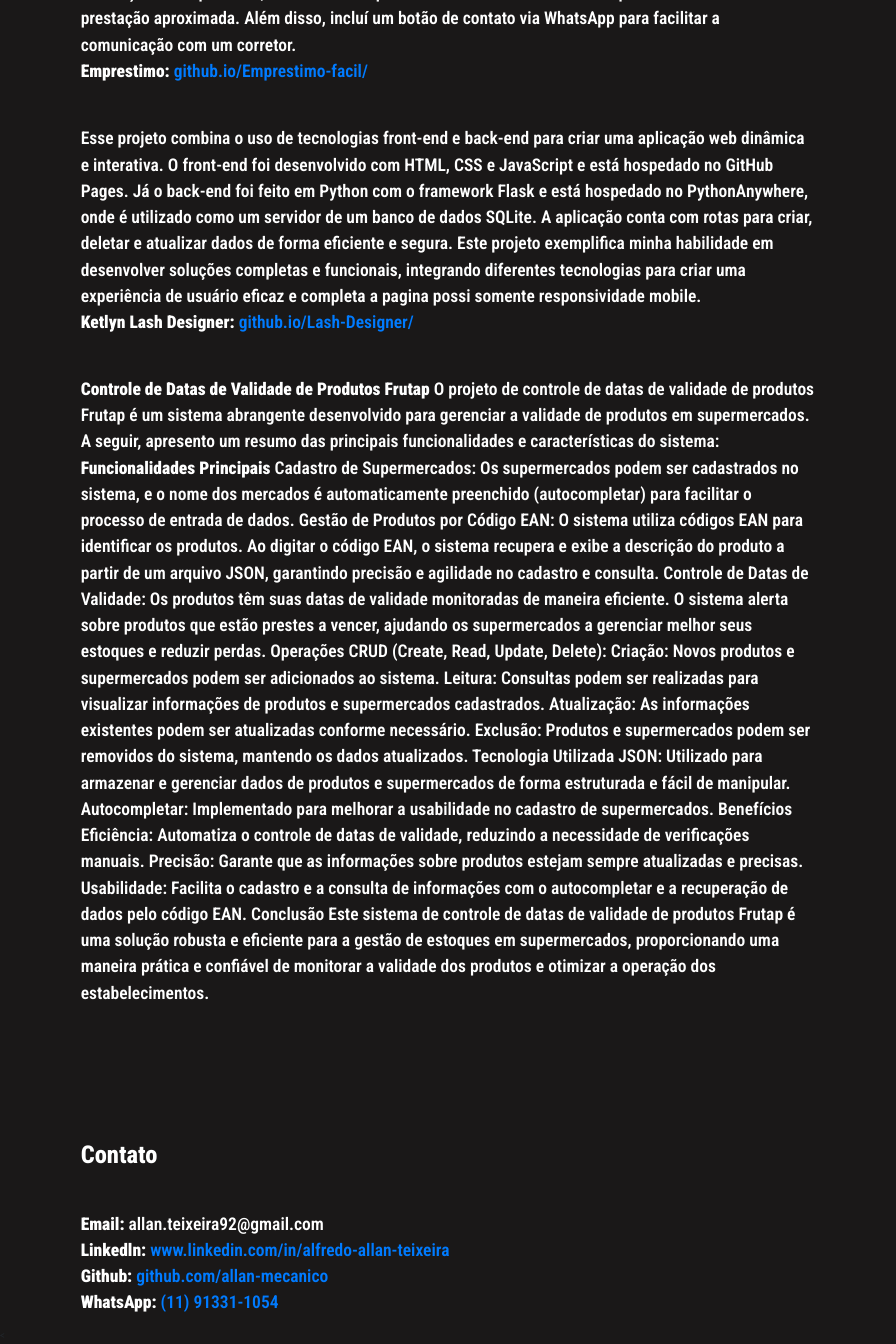
Repository: alfredo-allan/Portfolio
Page: index.html
The author's editor kept a copy of each file at every save. The page is drawn from the files as they stood at one save, then again after a run of saves.
The browser window is 1280 px wide. The pictures show the part of the page from y = 2304 to 4224 px (the page is 4224 px tall), at 70% of full size.

Above is the page before, as saved 2024-05-26 18:47:50.

After the next 2 saves:
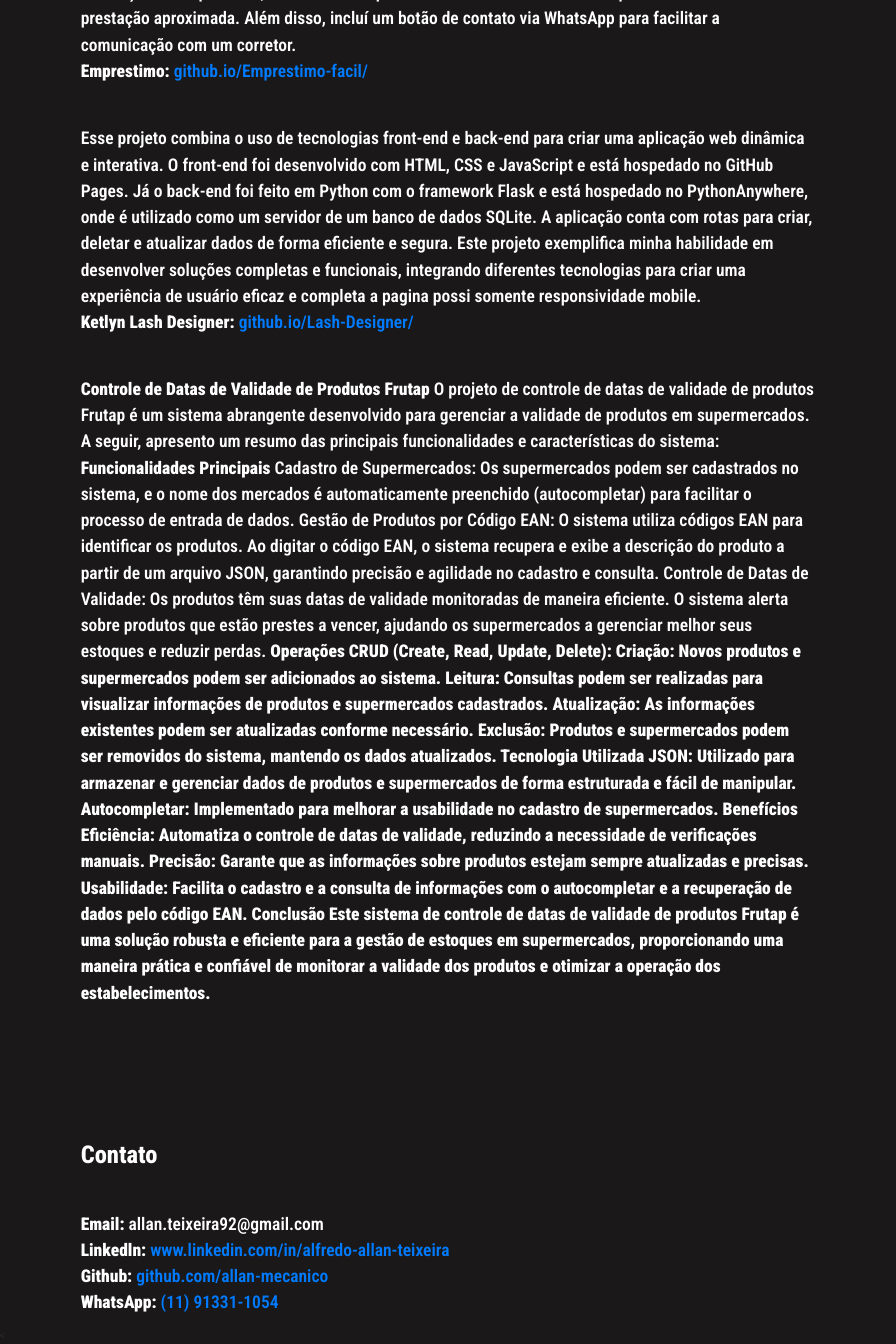
The 2 saves are shown as one change because they came seconds apart.
The last was saved 38 s later.
--- a/index.html
+++ b/index.html
@@ -118,7 +118,7 @@ O sistema utiliza códigos EAN para identificar os produtos. Ao digitar o códig
 Controle de Datas de Validade:
 
 Os produtos têm suas datas de validade monitoradas de maneira eficiente. O sistema alerta sobre produtos que estão prestes a vencer, ajudando os supermercados a gerenciar melhor seus estoques e reduzir perdas.
-Operações CRUD (Create, Read, Update, Delete):
+<strong>Operações CRUD (Create, Read, Update, Delete):
 
 Criação: Novos produtos e supermercados podem ser adicionados ao sistema.
 Leitura: Consultas podem ser realizadas para visualizar informações de produtos e supermercados cadastrados.
